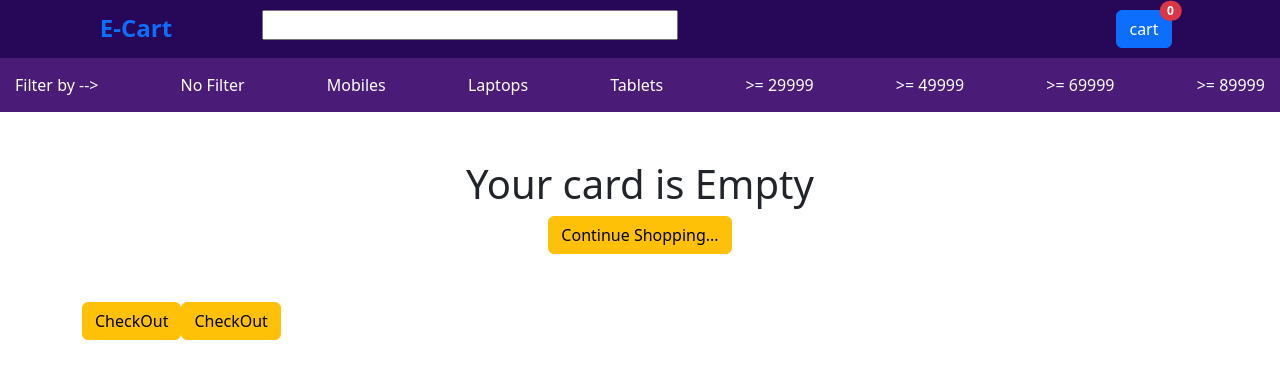
Repository: AMIT1439027/React-ECommerce-cart
Page: /cart
The author's editor kept a copy of each file at every save. The page is drawn from the files as they stood at one save, then again after a run of saves.
The browser window is 1280 px wide. The pictures show the whole page.
The project was rebuilt for these pictures with package versions that can differ from the ones it lists, and the page was loaded fresh each time. Also part of the build but not shown: vite.config.js, src/components/Product.jsx, src/components/ProductDetail.jsx, src/components/Searchitem.jsx.

Above is the page before, as saved 2024-03-14 10:46:52.

After the next 2 saves:
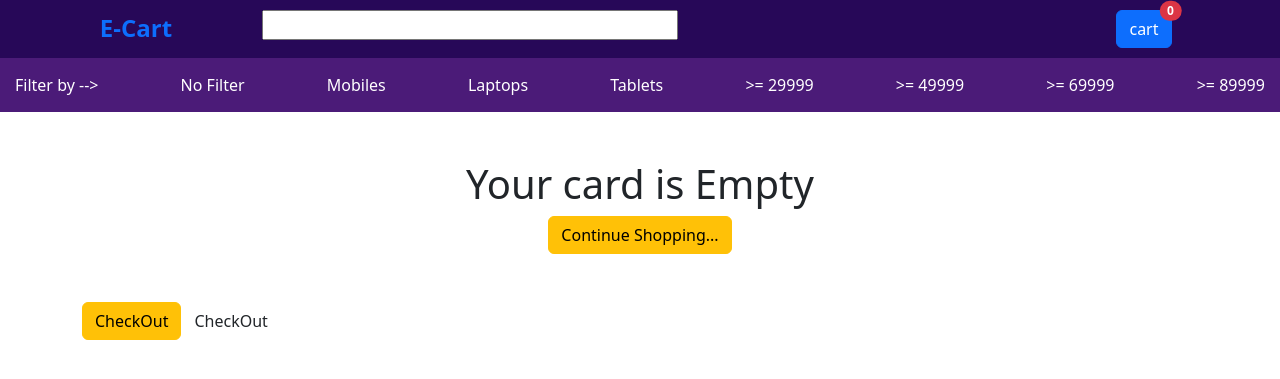
The 2 saves are shown as one change because they came seconds apart.
The last was saved 7 s later.
--- a/src/components/Cart.jsx
+++ b/src/components/Cart.jsx
@@ -45,7 +45,7 @@ const Cart = ({ cart, setCart }) => {
 
       <div className="container">
         <button className="btn btn-warning">CheckOut</button>
-        <button className="btn btn-warning">CheckOut</button>
+        <button className="btn btn-dang">CheckOut</button>
       </div>
     </>
   );
